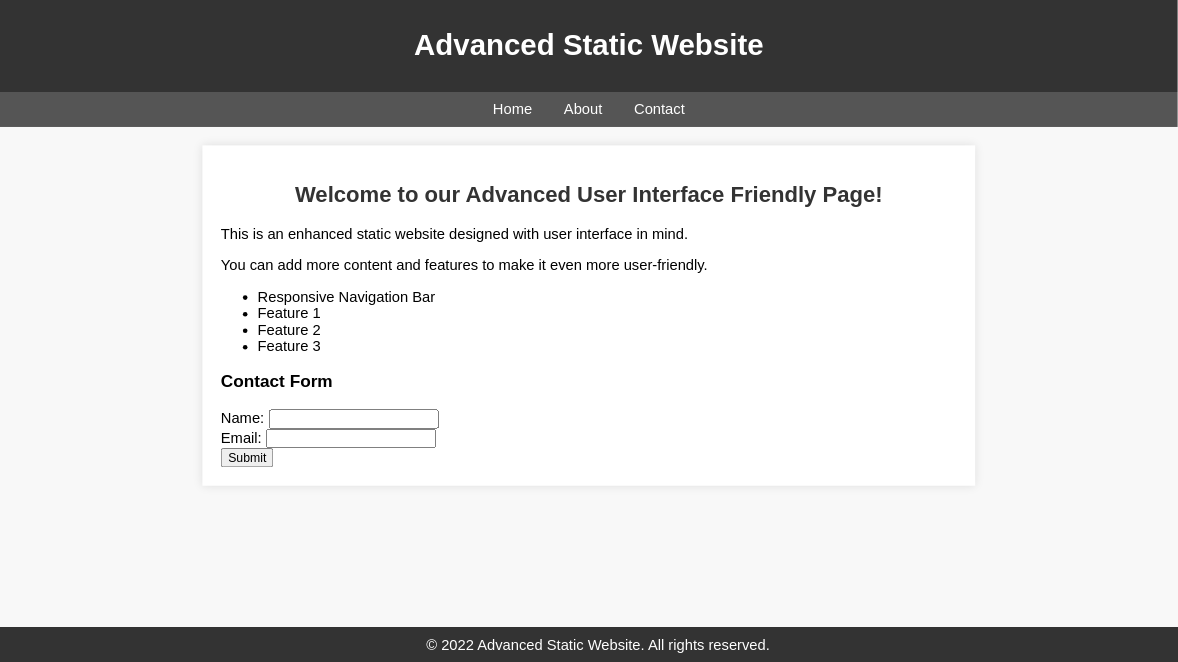
Repository: sahildhargave/static-web-go
Page: static-web/index.html
The author's editor kept a copy of each file at every save. The page is drawn from the files as they stood at one save, then again after the next save.
The browser window is 1280 px wide. The pictures show the whole page, at 92% of full size.
Pictures or frames that could not be fetched are drawn as grey boxes.

Above is the page before, as saved 2024-02-17 03:10:30.

### static-web/index.html
<!DOCTYPE html>
<html lang="en">

<head>
    <meta charset="UTF-8">
    <meta name="viewport" content="width=device-width, initial-scale=1.0">
    <title>Advanced Static Website</title>
    <style>
        body {
            font-family: Arial, sans-serif;
            background-color: #f8f8f8;
            margin: 0;
            padding: 0;
            box-sizing: border-box;
        }

        header {
            background-color: #333;
            color: white;
            padding: 10px;
            text-align: center;
        }

        nav {
            background-color: #555;
            padding: 10px;
            text-align: center;
        }

        nav a {
            color: white;
            text-decoration: none;
            margin: 0 15px;
        }

        h2 {
            color: #333;
            text-align: center;
        }

        section {
            max-width: 800px;
            margin: 20px auto;
            padding: 20px;
            background-color: white;
            box-shadow: 0 0 10px rgba(0, 0, 0, 0.1);
        }

        footer {
            background-color: #333;
            color: white;
            text-align: center;
            padding: 10px;
            position: fixed;
            bottom: 0;
            width: 100%;
        }
    </style>
</head>

<body>
    <header>
        <h1>Advanced Static Website</h1>
    </header>

    <nav>
        <a href="#home">Home</a>
        <a href="#about">About</a>
        <a href="#contact">Contact</a>
    </nav>

    <section>
        <h2>Welcome to our Advanced User Interface Friendly Page!</h2>
        <p>This is an enhanced static website designed with user interface in mind.</p>
        <p>You can add more content and features to make it even more user-friendly.</p>
        <ul>
            <li>Responsive Navigation Bar</li>
            <li>Feature 1</li>
            <li>Feature 2</li>
            <li>Feature 3</li>
        </ul>

        <h3>Contact Form</h3>
        <form action="#" method="post">
            <label for="name">Name:</label>
            <input type="text" id="name" name="name" required>
            <br>
            <label for="email">Email:</label>
            <input type="email" id="email" name="email" required>
            <br>
            <input type="submit" value="Submit">
        </form>
    </section>

    <footer>
        &copy; 2022 Advanced Static Website. All rights reserved.
    </footer>

    <script>
        // A simple JavaScript feature for interactivity
        document.addEventListener("DOMContentLoaded", function () {
            document.querySelector("h1").addEventListener("click", function () {
                alert("Website Clicked!");
            });
        });
    </script>
</body>

</html>

After the next save:
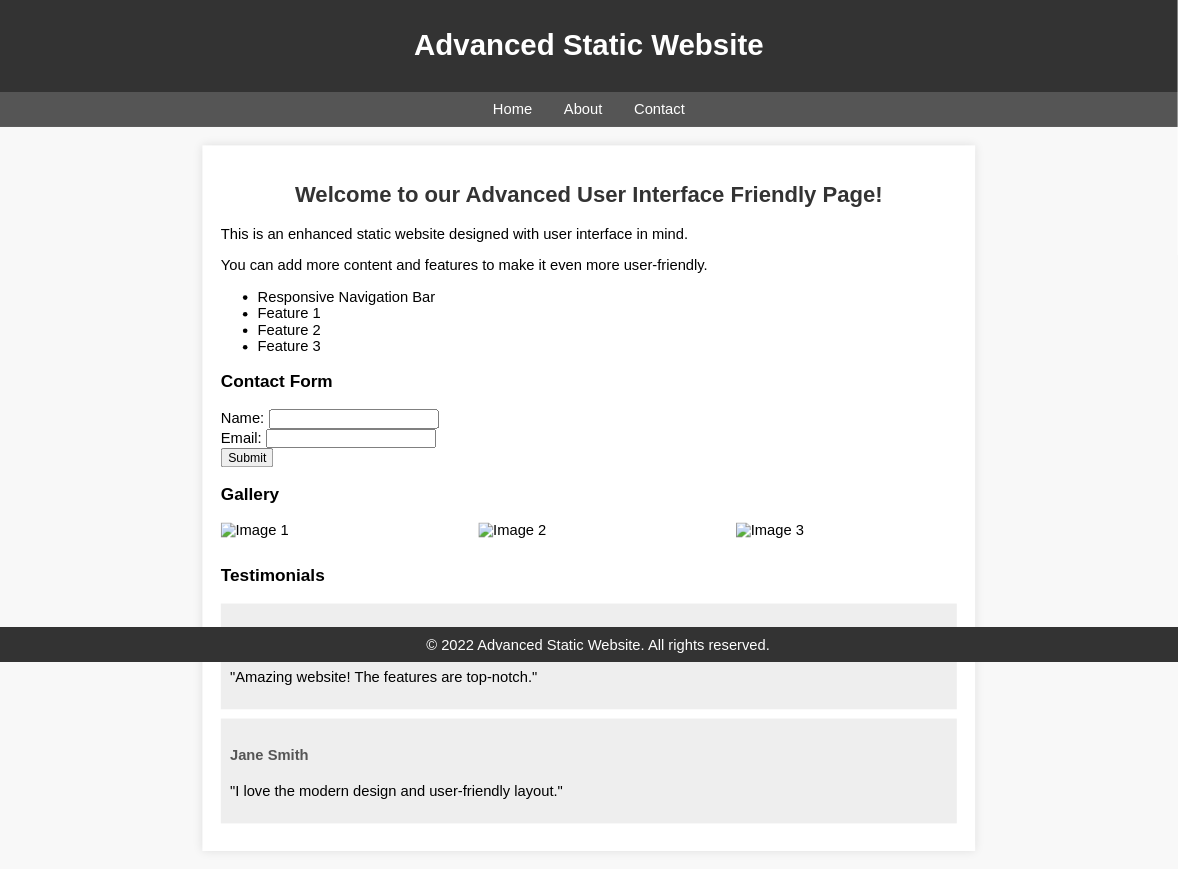
Not found: static-web/image1.jpg
Not found: static-web/image2.jpg
Not found: static-web/image3.jpg
Saved 108 s later.
--- a/static-web/index.html
+++ b/static-web/index.html
@@ -55,6 +55,31 @@
             bottom: 0;
             width: 100%;
         }
+
+        .gallery {
+            display: flex;
+            justify-content: space-between;
+            flex-wrap: wrap;
+        }
+
+        .gallery img {
+            width: 30%;
+            margin-bottom: 10px;
+        }
+
+        .testimonials {
+            margin-top: 20px;
+        }
+
+        .testimonial {
+            background-color: #eee;
+            padding: 10px;
+            margin-bottom: 10px;
+        }
+
+        .testimonial h4 {
+            color: #555;
+        }
     </style>
 </head>
 
@@ -90,6 +115,25 @@
             <br>
             <input type="submit" value="Submit">
         </form>
+
+        <h3>Gallery</h3>
+        <div class="gallery">
+            <img src="image1.jpg" alt="Image 1">
+            <img src="image2.jpg" alt="Image 2">
+            <img src="image3.jpg" alt="Image 3">
+        </div>
+
+        <h3>Testimonials</h3>
+        <div class="testimonials">
+            <div class="testimonial">
+                <h4>John Doe</h4>
+                <p>"Amazing website! The features are top-notch."</p>
+            </div>
+            <div class="testimonial">
+                <h4>Jane Smith</h4>
+                <p>"I love the modern design and user-friendly layout."</p>
+            </div>
+        </div>
     </section>
 
     <footer>

After the save that followed:
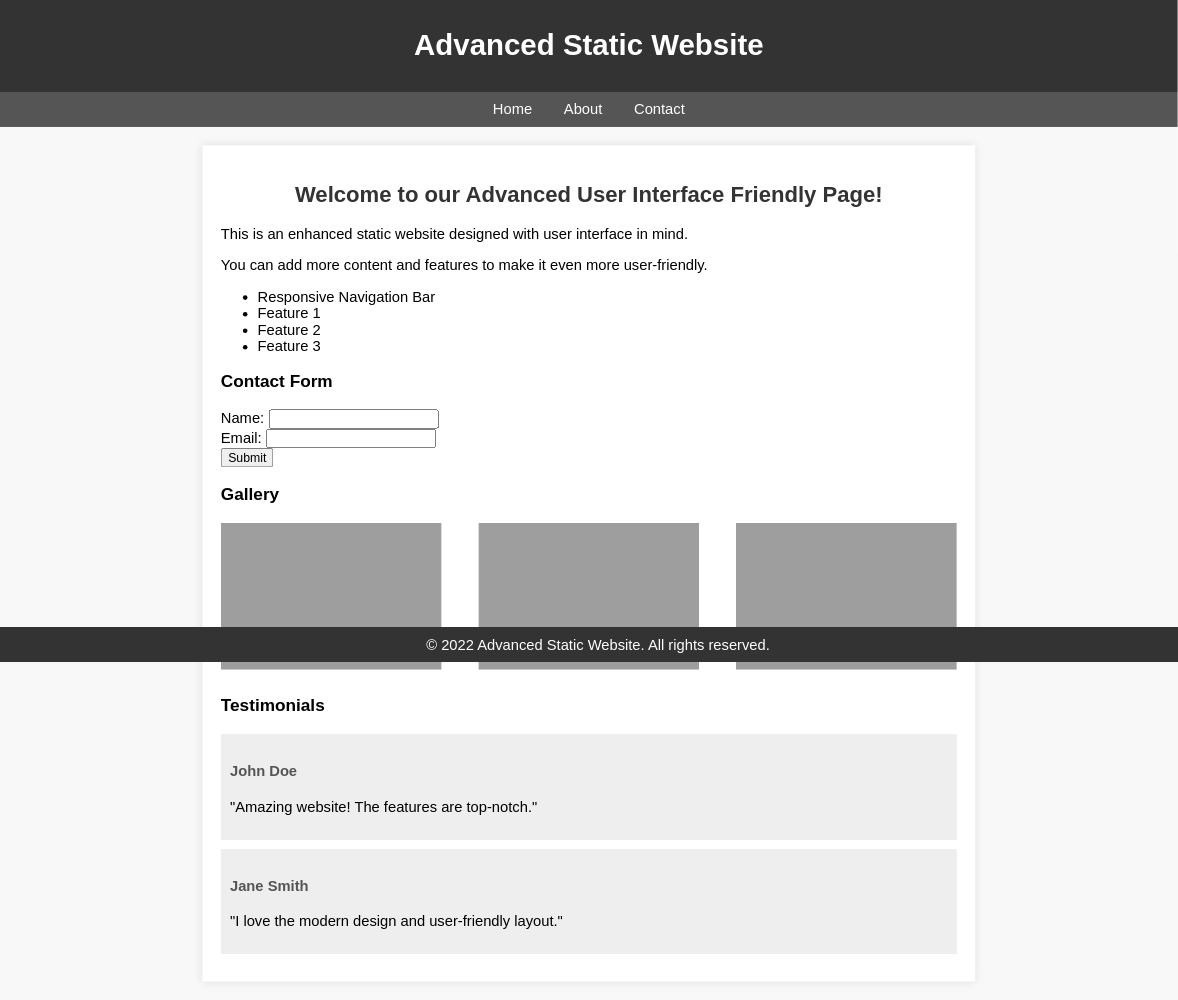
Saved 2 min 12 s later.
--- a/static-web/index.html
+++ b/static-web/index.html
@@ -118,9 +118,9 @@
 
         <h3>Gallery</h3>
         <div class="gallery">
-            <img src="image1.jpg" alt="Image 1">
-            <img src="image2.jpg" alt="Image 2">
-            <img src="image3.jpg" alt="Image 3">
+            <img src="https://picsum.photos/300/200" alt="Image 1">
+            <img src="https://picsum.photos/300/200" alt="Image 2">
+            <img src="https://picsum.photos/300/200" alt="Image 3">
         </div>
 
         <h3>Testimonials</h3>
